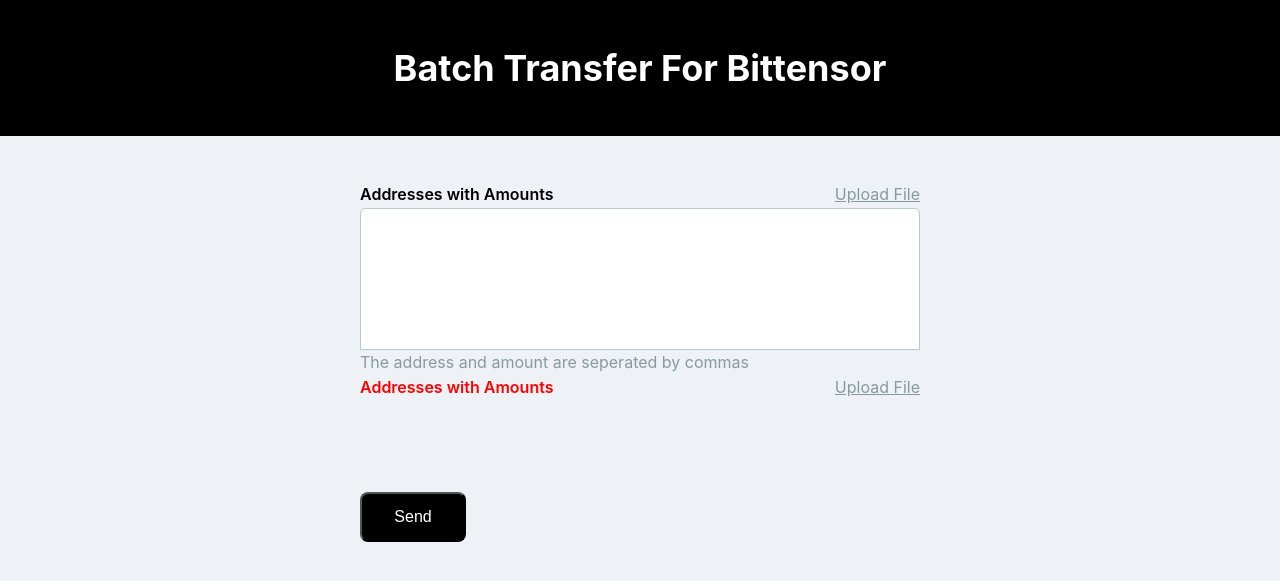
Repository: Dawid-Ace/batch_transfer_tao_master_ui
Page: /
These files come from the project's save history. The page is drawn as it stood at one moment and after the next save; the edit follows.
The browser window is 1280 px wide. The pictures show the whole page.
The project was rebuilt for these pictures with package versions that can differ from the ones it lists, and the page was loaded fresh each time.

Above is the page before, as saved 2023-05-10 04:28:02.

After the next save:
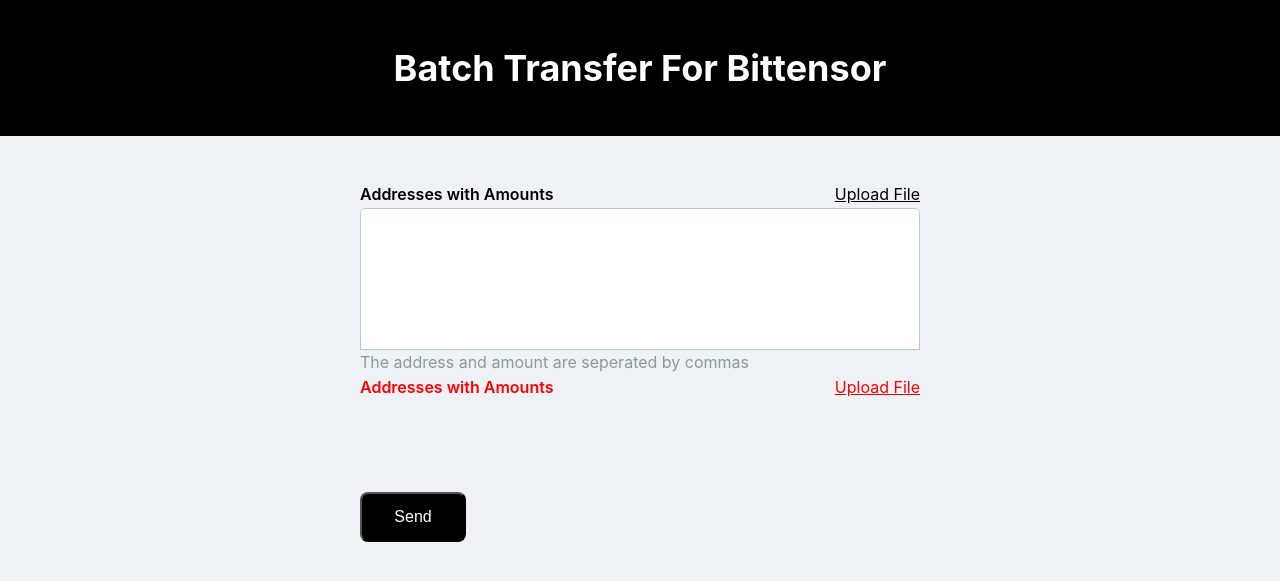
Saved 21 s later.
--- a/src/components/TransferForm/index.jsx
+++ b/src/components/TransferForm/index.jsx
@@ -74,10 +74,7 @@
   `;
 
   const Switch = styled.p`
-
-
-        color: ${(props) => (props.alert === true ? 'red' : '#899A9A')};
-    font-size: 16px;
+        font-size: 16px;
     font-weight: 400;
     line-height: 160%;
     text-decoration: underline;

After the save that followed:
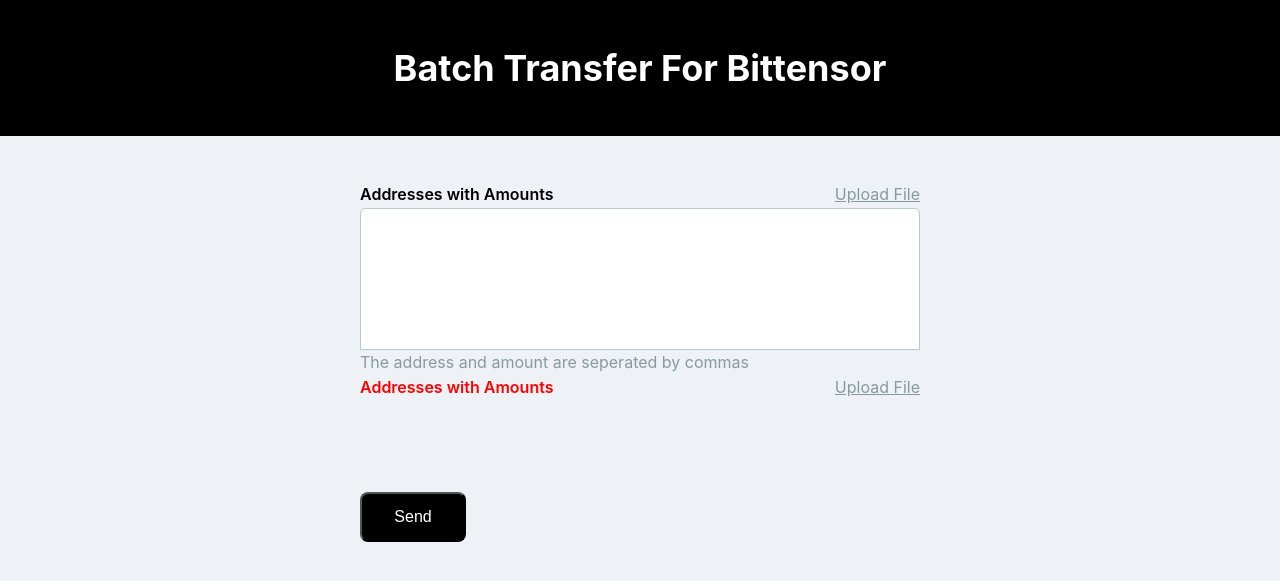
Saved 15 s later.
--- a/src/components/TransferForm/index.jsx
+++ b/src/components/TransferForm/index.jsx
@@ -74,7 +74,8 @@
   `;
 
   const Switch = styled.p`
-        font-size: 16px;
+    color: ${(props) => (props.alert === true ? 'red' : '#899A9A')};
+    font-size: 16px;
     font-weight: 400;
     line-height: 160%;
     text-decoration: underline;
